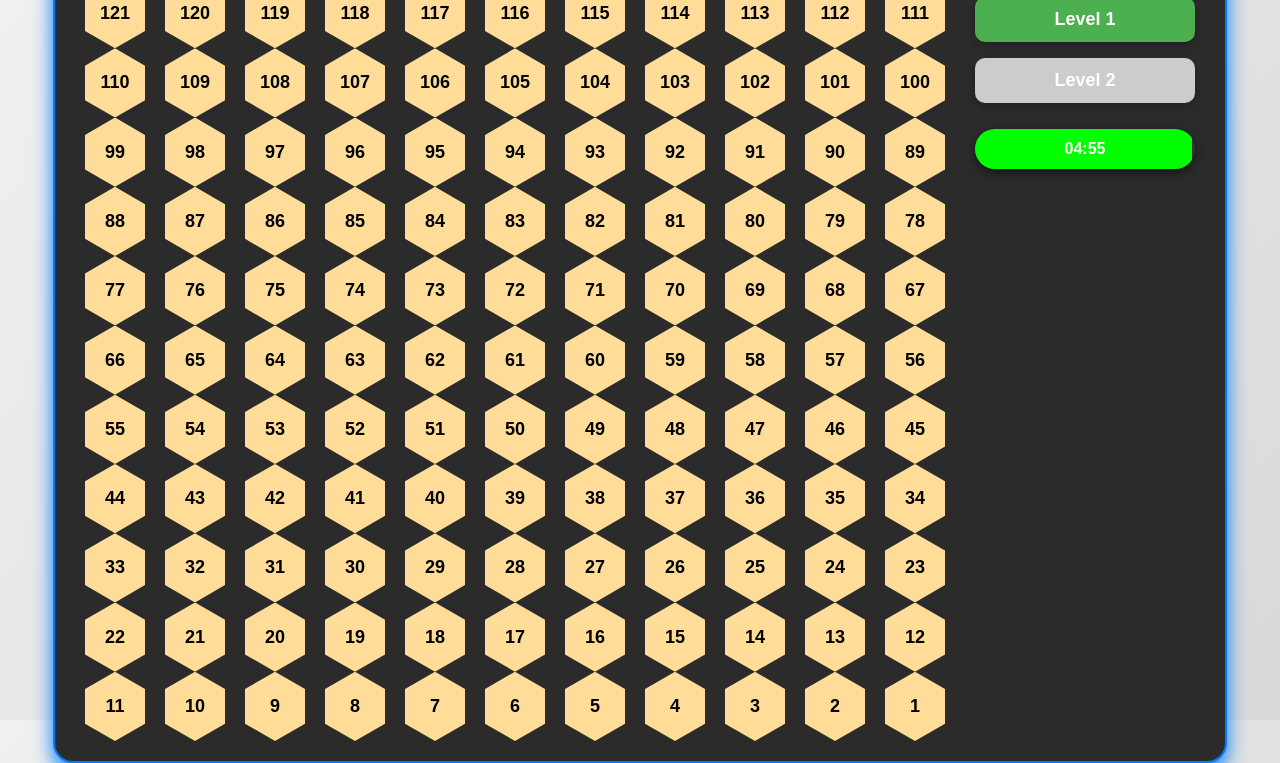
Repository: radisyah/THE_BRAIN_STORM
Page: Terrible Hunt.html
The author's editor kept a copy of each file at every save. The page is drawn from the files as they stood at one save, then again after the next save.
The browser window is 1280 px wide. The pictures show the whole page.

Above is the page before, as saved 2024-10-25 22:35:26.

After the next save:
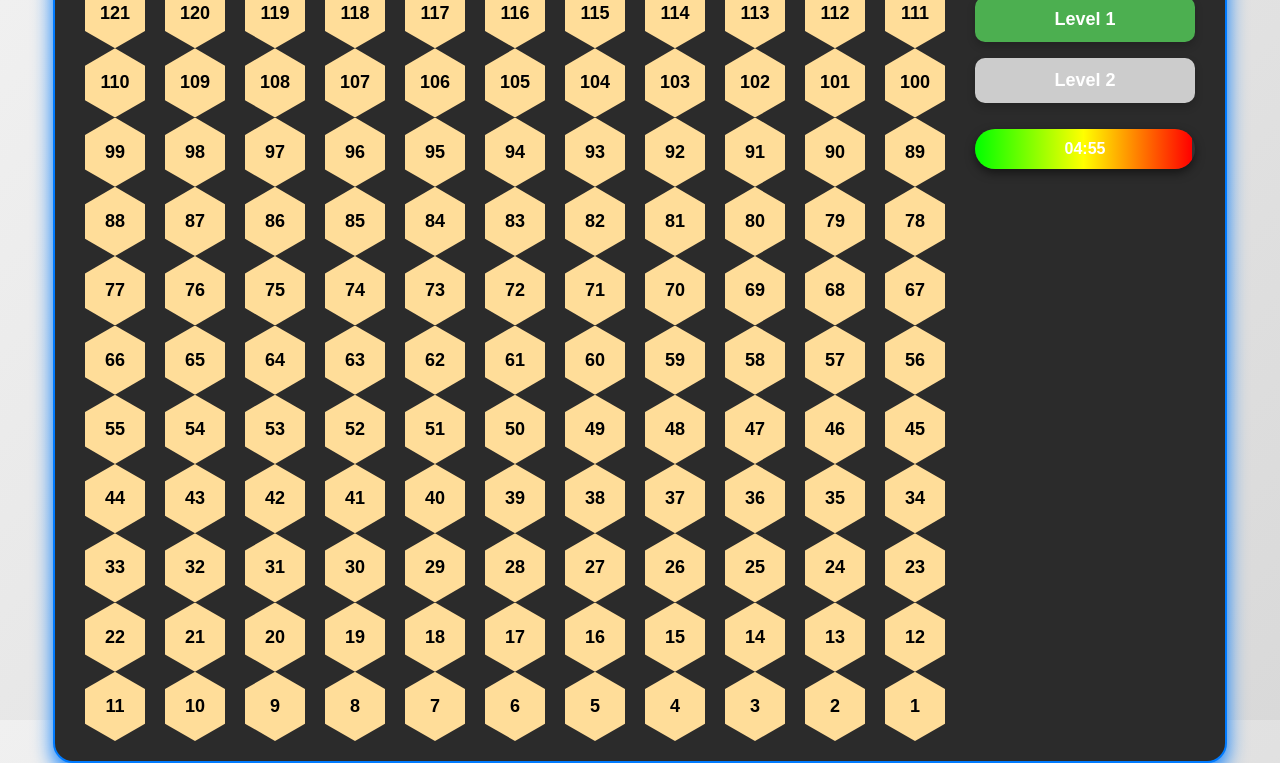
Saved 9 s later.
--- a/Terrible Hunt.html
+++ b/Terrible Hunt.html
@@ -204,40 +204,24 @@
     const timerBar = document.querySelector('.timer-bar');
 
     function startTimer() {
-            if (isTimerRunning) return;
-            isTimerRunning = true;
-
-            timerInterval = setInterval(() => {
-                timeRemaining--;
-
-                // Format menit dan detik
-                const minutes = Math.floor(timeRemaining / 60);
-                const seconds = timeRemaining % 60;
-                timerDisplay.textContent = `${minutes < 10 ? '0' + minutes : minutes}:${seconds < 10 ? '0' + seconds : seconds}`;
-
-                // Perbarui lebar progress bar
-                const percentage = (timeRemaining / timeLimit) * 100;
-                timerBar.style.width = `${percentage}%`;
-
-                // Ubah warna progress bar
-                if (percentage <= 33) {
-                    timerBar.style.background = "#ff0000";
-                } else if (percentage <= 66) {
-                    timerBar.style.background = "#ffff00";
-                } else {
-                    timerBar.style.background = "#00ff00";
-                }
-
-                // Ketika waktu habis
-                if (timeRemaining <= 0) {
-                    clearInterval(timerInterval);
-                    isTimerRunning = false;
-                    timerDisplay.textContent = "Time is Over";
-                    disableGridInteractions(); // Fungsi untuk mengunci input
-                }
+        if (isTimerRunning) return;
+        isTimerRunning = true;
+
+        timerInterval = setInterval(() => {
+            timeRemaining--;
+            const minutes = Math.floor(timeRemaining / 60);
+            const seconds = timeRemaining % 60;
+            timerDisplay.textContent = `${minutes < 10 ? '0' + minutes : minutes}:${seconds < 10 ? '0' + seconds : seconds}`;
+            timerBar.style.width = `${(timeRemaining / timeLimit) * 100}%`;
+
+            if (timeRemaining <= 0) {
+                clearInterval(timerInterval);
+                isTimerRunning = false;
+                timerDisplay.textContent = "Time is Over";
+                disableGridInteractions();
+            }
         }, 1000);
     }
-
 
     function disableGridInteractions() {
         const hexGrid = document.getElementById('hex-grid');
@@ -279,7 +263,6 @@
         }
     }
 
-
     function resetHexColors() {
         document.querySelectorAll('.hex').forEach(hex => hex.classList.remove('correct', 'wrong'));
         correctNumbers = generateCorrectNumbers(currentLevel);
@@ -318,7 +301,6 @@
     window.onload = function() {
         selectLevel(1);
     };
-
 </script>
 
 </body>

After the save that followed:
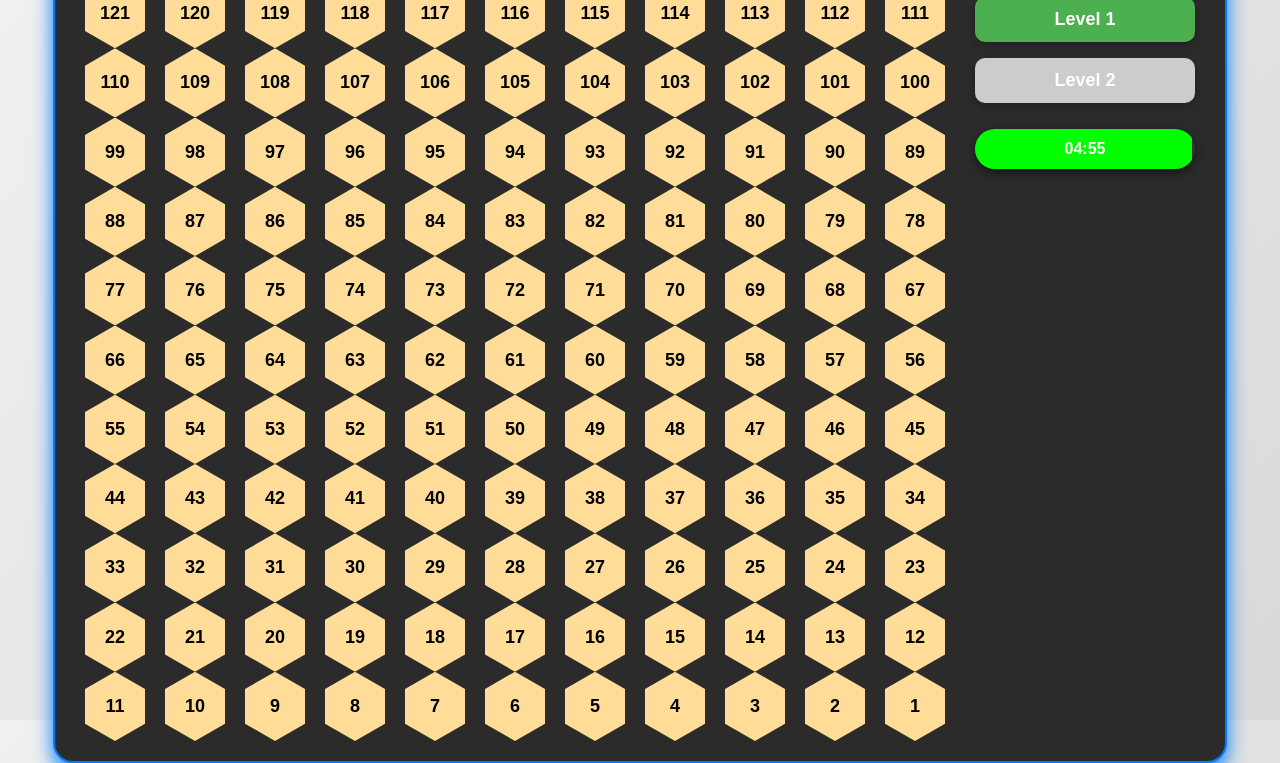
Saved 2 min 45 s later.
--- a/Terrible Hunt.html
+++ b/Terrible Hunt.html
@@ -173,19 +173,28 @@
     let correctNumbers = [];
     let wrongAttempts = 0;
     let currentLevel = 1;
-    const completedAnswers = new Set();
+    let isGridDisabled = false;
+    let isTimerRunning = false;
+    let timerInterval;
+    const timeLimit = 300;
+    let timeRemaining = timeLimit;
+
+    const timerDisplay = document.getElementById('timer');
+    const timerBar = document.querySelector('.timer-bar');
 
     function selectLevel(level) {
         currentLevel = level;
         correctNumbers = generateCorrectNumbers(level);
         generateHexGrid();
         wrongAttempts = 0;
-        completedAnswers.clear(); // Reset completed answers
-
+        isGridDisabled = false;
+
+        // Set button styles and disable/enable accordingly
         document.getElementById('level1-btn').disabled = level !== 1;
         document.getElementById('level2-btn').disabled = level !== 2;
         updateButtonStyles();
 
+        // Start the timer if it hasn’t started yet
         if (!isTimerRunning) {
             startTimer();
         }
@@ -196,23 +205,20 @@
         document.getElementById('level2-btn').style.backgroundColor = currentLevel === 2 ? "#4CAF50" : "#ccc";
     }
 
-    let timeLimit = 300;
-    let timeRemaining = timeLimit;
-    let isTimerRunning = false;
-    let timerInterval;
-    const timerDisplay = document.getElementById('timer');
-    const timerBar = document.querySelector('.timer-bar');
-
     function startTimer() {
         if (isTimerRunning) return;
         isTimerRunning = true;
 
         timerInterval = setInterval(() => {
             timeRemaining--;
+
             const minutes = Math.floor(timeRemaining / 60);
             const seconds = timeRemaining % 60;
             timerDisplay.textContent = `${minutes < 10 ? '0' + minutes : minutes}:${seconds < 10 ? '0' + seconds : seconds}`;
-            timerBar.style.width = `${(timeRemaining / timeLimit) * 100}%`;
+
+            const percentage = (timeRemaining / timeLimit) * 100;
+            timerBar.style.width = `${percentage}%`;
+            timerBar.style.background = percentage <= 33 ? "#ff0000" : percentage <= 66 ? "#ffff00" : "#00ff00";
 
             if (timeRemaining <= 0) {
                 clearInterval(timerInterval);
@@ -224,8 +230,16 @@
     }
 
     function disableGridInteractions() {
+        isGridDisabled = true;
         const hexGrid = document.getElementById('hex-grid');
-        Array.from(hexGrid.children).forEach(hexItem => hexItem.style.pointerEvents = 'none');
+        Array.from(hexGrid.children).forEach(hexItem => {
+            hexItem.style.pointerEvents = 'none';
+        });
+        const resetButton = document.getElementById('reset');
+        if (resetButton) {
+            resetButton.disabled = true;
+            resetButton.style.pointerEvents = 'none';
+        }
     }
 
     function generateCorrectNumbers(level) {
@@ -235,6 +249,7 @@
     function generateHexGrid() {
         const hexGrid = document.getElementById('hex-grid');
         hexGrid.innerHTML = '';
+
         let number = currentLevel === 1 ? 121 : 122;
 
         for (let i = 0; i < 121; i++) {
@@ -242,59 +257,59 @@
             hex.classList.add('hex');
             hex.textContent = number;
 
-            hex.addEventListener('click', function() {
-                if (!isGridDisabled) {
-                    if (correctNumbers.includes(number)) {
-                        hex.classList.add('correct');
-                        completedAnswers.add(number);
-                        checkCompletion();
-                    } else {
-                        hex.classList.add('wrong');
-                        wrongAttempts++;
-                        if (wrongAttempts >= 2) {
-                            setTimeout(resetHexColors, 1000); // Reset after 2 wrong attempts
+            (function(num) {
+                hex.addEventListener('click', function() {
+                    if (!isGridDisabled) {
+                        if (correctNumbers.includes(num)) {
+                            hex.classList.add('correct');
+                        } else {
+                            hex.classList.add('wrong');
+                            wrongAttempts++;
+                            if (wrongAttempts >= 2) {
+                                setTimeout(resetHexColors, 1000);
+                            }
                         }
                     }
-                }
-            });
+                });
+            })(number);
 
             hexGrid.appendChild(hex);
+
             number = currentLevel === 1 ? number - 1 : number + 1;
         }
     }
 
     function resetHexColors() {
-        document.querySelectorAll('.hex').forEach(hex => hex.classList.remove('correct', 'wrong'));
+        document.querySelectorAll('.hex').forEach(hex => {
+            hex.classList.remove('correct', 'wrong');
+        });
+
         correctNumbers = generateCorrectNumbers(currentLevel);
         generateHexGrid();
         wrongAttempts = 0;
     }
 
-    function checkCompletion() {
-        if (completedAnswers.size === correctNumbers.length) {
-            if (currentLevel === 1) {
-                selectLevel(2);
-            } else if (currentLevel === 2) {
-                location.reload();
-            }
-        }
-    }
-
     function getPrimes(start, end) {
         const primes = [];
-        for (let i = start; i <= end; i++) if (isPrime(i)) primes.push(i);
+        for (let i = start; i <= end; i++) {
+            if (isPrime(i)) primes.push(i);
+        }
         return primes;
     }
 
     function isPrime(num) {
         if (num <= 1) return false;
-        for (let i = 2; i <= Math.sqrt(num); i++) if (num % i === 0) return false;
+        for (let i = 2; i <= Math.sqrt(num); i++) {
+            if (num % i === 0) return false;
+        }
         return true;
     }
 
     function getPerfectSquares(start, end) {
         const squares = [];
-        for (let i = Math.ceil(Math.sqrt(start)); i <= Math.floor(Math.sqrt(end)); i++) squares.push(i * i);
+        for (let i = Math.ceil(Math.sqrt(start)); i <= Math.floor(Math.sqrt(end)); i++) {
+            squares.push(i * i);
+        }
         return squares;
     }
 
